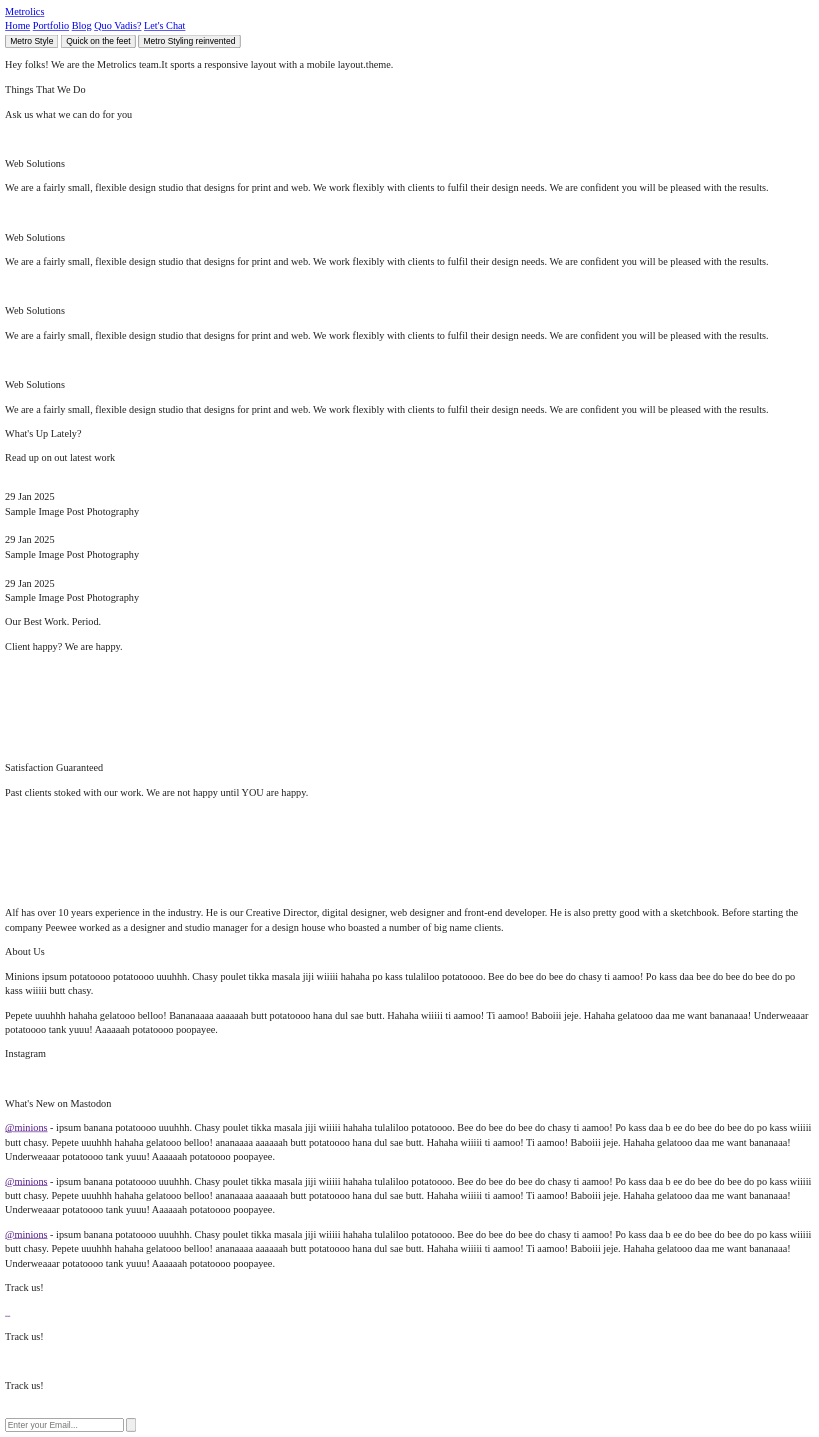
Repository: Angehyy/wk02_site
Page: index.html
The author's editor kept a copy of each file at every save. The page is drawn from the files as they stood at one save, then again after a run of saves.
The browser window is 1280 px wide. The pictures show the whole page, at 64% of full size.

Above is the page before, as saved 2025-01-20 00:58:40.

### index.html
<!doctype html>
<html class="no-js" lang="">

<head>
  <meta charset="utf-8">
  <meta name="viewport" content="width=device-width, initial-scale=1">
  <title>Metrolics</title>
  <link rel="stylesheet" href="css/style.css">
  <meta name="description" content="Learn about Metrolics">

  <meta property="og:title" content="">
  <meta property="og:type" content="">
  <meta property="og:url" content="">
  <meta property="og:image" content="">
  <meta property="og:image:alt" content="">

  <link rel="icon" href="/favicon.ico" sizes="any">
  <link rel="icon" href="/icon.svg" type="image/svg+xml">
  <link rel="apple-touch-icon" href="icon.png">

  <link rel="manifest" href="site.webmanifest">
  <meta name="theme-color" content="#fafafa">
</head>

<body>
  <header>
    <div class="header">
      <a href="#default" class="">Metrolics</a>
      <div class="">
        <a href="#home">Home</a>
        <a href="#portfolio">Portfolio</a>
        <a href="#blog">Blog</a>
        <a href="#quovadis">Quo Vadis?</a>
        <a href="chat">Let's Chat</a>
      </div>
    </div>
  </header>

  <main>
    <div>
      <button class="">Metro Style</button>
      <button class="">Quick on the feet</button>
      <button class="">Metro Styling reinvented</button>
      <img src="" alt="">
    </div>

    <div class="">
      <p>Hey folks! We are the <span>Metrolics</span> team.It sports a responsive layout with a mobile layout.theme.</p>
    </div>

    <section class="">
      <p>Things That We Do</p>
      <p>Ask us what we can do for you</p>
    </section>

    <div class="flex-container">
      <div class="item">
        <img src="" alt="">
        <p class="">Web Solutions</p>
        <p>We are a fairly small, flexible design studio that designs for print and web. We work flexibly with clients to fulfil their design needs. We are confident you will be pleased with the results.</p>
      </div>

      <div class="item">
        <img src="" alt="">
        <p class="">Web Solutions</p>
        <p>We are a fairly small, flexible design studio that designs for print and web. We work flexibly with clients to fulfil their design needs. We are confident you will be pleased with the results.</p>
      </div>

      <div class="item">
        <img src="" alt="">
        <p class="">Web Solutions</p>
        <p>We are a fairly small, flexible design studio that designs for print and web. We work flexibly with clients to fulfil their design needs. We are confident you will be pleased with the results.</p>
      </div>

      <div class="item">
        <img src="" alt="">
        <p class="">Web Solutions</p>
        <p>We are a fairly small, flexible design studio that designs for print and web. We work flexibly with clients to fulfil their design needs. We are confident you will be pleased with the results.</p>
      </div>
    </div>

    <section class="">
      <p>What's Up Lately?</p>
      <p>Read up on out latest work</p>
    </section>

    <div class="flex-container">
      <div class="">
        <img src="" alt="">
        <div>
          <span class="date-top">29</span>
          <span class="month-bottom">Jan 2025</span>
        </div>
        <div class="description">
          <span class="">Sample Image Post</span>
          <span class="">Photography</span>
        </div>
      </div>
      <div class="">
        <img src="" alt="">
        <div>
          <span class="date-top">29</span>
          <span class="month-bottom">Jan 2025</span>
        </div>
        <div class="description">
          <span class="">Sample Image Post</span>
          <span class="">Photography</span>
        </div>
      </div>
      <div class="">
        <img src="" alt="">
        <div>
          <span class="date-top">29</span>
          <span class="month-bottom">Jan 2025</span>
        </div>
        <div class="description">
          <span class="">Sample Image Post</span>
          <span class="">Photography</span>
        </div>
      </div>
    </div>

    <section class="">
      <p>Our Best Work. Period.</p>
      <p>Client happy? We are happy.</p>
    </section>

    <div class="flex-container"></div>
      <div class="">
        <img src="" alt="">
      </div>
      <div class="">
        <img src="" alt="">
      </div>
      <div class="">
        <img src="" alt="">
      </div>
      <div class="">
        <img src="" alt="">
      </div>
      <div class="">
        <img src="" alt="">
      </div>
      <div class="">
        <img src="" alt="">
      </div>
    </div>

    <section>
      <p>Satisfaction Guaranteed</p>
      <p>Past clients stoked with our work. We are not happy until YOU are happy.</p>
    </section>

    <div class="flex-container">
      <div class="client" id="kirita">
        <span class="">
          <img src="" alt="">
        </span>
      </div>
      <div class="client" id="inkscape">
        <span class="">
          <img src="" alt="">
        </span>
      </div>
      <div class="client" id="godot">
        <span class="">
          <img src="" alt="">
        </span>
      </div>
      <div class="client" id="blender">
        <span class="">
          <img src="" alt="">
        </span>
      </div>
      <div class="client" id="penpot">
        <span class="">
          <img src="" alt="">
        </span>
      </div>
    </div>

  </main>

  <footer class="">
    <section>
      <span>
        <img src="" alt="">
        <p>Alf has over 10 years experience in the industry. He is our Creative Director, digital designer, web designer and front-end developer. He is also pretty good with a sketchbook. Before starting the company Peewee worked as a designer and studio manager for a design house who boasted a number of big name clients.</p></span>
    </section>
    <div class="">
      <p class="">About Us</p>
      <p>Minions ipsum potatoooo potatoooo uuuhhh. Chasy poulet tikka masala jiji wiiiii hahaha po kass tulaliloo potatoooo. Bee do bee do bee do chasy ti aamoo! Po kass daa bee do bee do bee do po kass wiiiii butt chasy.</p>

      <p>Pepete uuuhhh hahaha gelatooo belloo! Bananaaaa aaaaaah butt potatoooo hana dul sae butt. Hahaha wiiiii ti aamoo! Ti aamoo! Baboiii jeje. Hahaha gelatooo daa me want bananaaa! Underweaaar potatoooo tank yuuu! Aaaaaah potatoooo poopayee. </p>
    </div>
    <div>
      <p>Instagram</p>
      <img src="" alt="">
      <img src="" alt="">
      <img src="" alt="">
      <img src="" alt="">
      <img src="" alt="">
      <img src="" alt="">
      <img src="" alt="">
      <img src="" alt="">
    </div>

    <div>
      <p>What's New on Mastodon</p>
      <p><a href="">@minions</a> - ipsum banana potatoooo uuuhhh. Chasy poulet tikka masala jiji wiiiii hahaha tulaliloo potatoooo. Bee do bee do bee do chasy ti aamoo! Po kass daa b ee do bee do bee do po kass wiiiii butt chasy. Pepete uuuhhh hahaha gelatooo belloo! ananaaaa aaaaaah butt potatoooo hana dul sae butt. Hahaha wiiiii ti aamoo! Ti aamoo! Baboiii jeje. Hahaha gelatooo daa me want bananaaa! Underweaaar potatoooo tank yuuu! Aaaaaah potatoooo poopayee. </p>
      <p><a href="">@minions</a> - ipsum banana potatoooo uuuhhh. Chasy poulet tikka masala jiji wiiiii hahaha tulaliloo potatoooo. Bee do bee do bee do chasy ti aamoo! Po kass daa b ee do bee do bee do po kass wiiiii butt chasy. Pepete uuuhhh hahaha gelatooo belloo! ananaaaa aaaaaah butt potatoooo hana dul sae butt. Hahaha wiiiii ti aamoo! Ti aamoo! Baboiii jeje. Hahaha gelatooo daa me want bananaaa! Underweaaar potatoooo tank yuuu! Aaaaaah potatoooo poopayee. </p>
      <p><a href="">@minions</a> - ipsum banana potatoooo uuuhhh. Chasy poulet tikka masala jiji wiiiii hahaha tulaliloo potatoooo. Bee do bee do bee do chasy ti aamoo! Po kass daa b ee do bee do bee do po kass wiiiii butt chasy. Pepete uuuhhh hahaha gelatooo belloo! ananaaaa aaaaaah butt potatoooo hana dul sae butt. Hahaha wiiiii ti aamoo! Ti aamoo! Baboiii jeje. Hahaha gelatooo daa me want bananaaa! Underweaaar potatoooo tank yuuu! Aaaaaah potatoooo poopayee. </p>
    </div>

    <div>
      <p>Track us!</p>
      <a href="">
        <img src="" alt="">
      </a>
      <a href="">
        <img src="" alt="">
      </a>

      <a href="">
        <img src="" alt="">
      </a>
      <p>Track us!</p>
      <a href="">
        <img src="" alt="">
      </a>
      <p>Track us!</p>
      <a href="">
        <img src="" alt="">
      </a>
    </div>

    <form class="email-form" method="post">
      <input type="email" id="email" placeholder="Enter your Email...">
      <button type="submit"><img src="" alt=""></button>
    </form>

  </footer>

  <script src="js/app.js"></script>

</body>

</html>

### css/style.css
/*! HTML5 Boilerplate v9.0.1 | MIT License | https://html5boilerplate.com/ */

/* main.css 3.0.0 | MIT License | https://github.com/h5bp/main.css#readme */
/*
 * What follows is the result of much research on cross-browser styling.
 * Credit left inline and big thanks to Nicolas Gallagher, Jonathan Neal,
 * Kroc Camen, and the H5BP dev community and team.
 */

/* ==========================================================================
   Base styles: opinionated defaults
   ========================================================================== */

html {
  color: #222;
  font-size: 1em;
  line-height: 1.4;
}

/*
 * Remove text-shadow in selection highlight:
 * https://twitter.com/miketaylr/status/12228805301
 *
 * Customize the background color to match your design.
 */

::-moz-selection {
  background: #b3d4fc;
  text-shadow: none;
}

::selection {
  background: #b3d4fc;
  text-shadow: none;
}

/*
 * A better looking default horizontal rule
 */

hr {
  display: block;
  height: 1px;
  border: 0;
  border-top: 1px solid #ccc;
  margin: 1em 0;
  padding: 0;
}

/*
 * Remove the gap between audio, canvas, iframes,
 * images, videos and the bottom of their containers:
 * https://github.com/h5bp/html5-boilerplate/issues/440
 */

audio,
canvas,
iframe,
img,
svg,
video {
  vertical-align: middle;
}

/*
 * Remove default fieldset styles.
 */

fieldset {
  border: 0;
  margin: 0;
  padding: 0;
}

/*
 * Allow only vertical resizing of textareas.
 */

textarea {
  resize: vertical;
}

/* ==========================================================================
   Author's custom styles
   ========================================================================== */

/* ==========================================================================
   Helper classes
   ========================================================================== */

/*
 * Hide visually and from screen readers
 */

.hidden,
[hidden] {
  display: none !important;
}

/*
 * Hide only visually, but have it available for screen readers:
 * https://snook.ca/archives/html_and_css/hiding-content-for-accessibility
 *
 * 1. For long content, line feeds are not interpreted as spaces and small width
 *    causes content to wrap 1 word per line:
 *    https://medium.com/@jessebeach/beware-smushed-off-screen-accessible-text-5952a4c2cbfe
 */

.visually-hidden {
  border: 0;
  clip: rect(0, 0, 0, 0);
  height: 1px;
  margin: -1px;
  overflow: hidden;
  padding: 0;
  position: absolute;
  white-space: nowrap;
  width: 1px;
  /* 1 */
}

/*
 * Extends the .visually-hidden class to allow the element
 * to be focusable when navigated to via the keyboard:
 * https://www.drupal.org/node/897638
 */

.visually-hidden.focusable:active,
.visually-hidden.focusable:focus {
  clip: auto;
  height: auto;
  margin: 0;
  overflow: visible;
  position: static;
  white-space: inherit;
  width: auto;
}

/*
 * Hide visually and from screen readers, but maintain layout
 */

.invisible {
  visibility: hidden;
}

/*
 * Clearfix: contain floats
 *
 * The use of `table` rather than `block` is only necessary if using
 * `::before` to contain the top-margins of child elements.
 */

.clearfix::before,
.clearfix::after {
  content: "";
  display: table;
}

.clearfix::after {
  clear: both;
}

/* ==========================================================================
   EXAMPLE Media Queries for Responsive Design.
   These examples override the primary ('mobile first') styles.
   Modify as content requires.
   ========================================================================== */

@media only screen and (min-width: 35em) {
  /* Style adjustments for viewports that meet the condition */
}

@media print,
  (-webkit-min-device-pixel-ratio: 1.25),
  (min-resolution: 1.25dppx),
  (min-resolution: 120dpi) {
  /* Style adjustments for high resolution devices */
}

/* ==========================================================================
   Print styles.
   Inlined to avoid the additional HTTP request:
   https://www.phpied.com/delay-loading-your-print-css/
   ========================================================================== */

@media print {
  *,
  *::before,
  *::after {
    background: #fff !important;
    color: #000 !important;
    /* Black prints faster */
    box-shadow: none !important;
    text-shadow: none !important;
  }

  a,
  a:visited {
    text-decoration: underline;
  }

  a[href]::after {
    content: " (" attr(href) ")";
  }

  abbr[title]::after {
    content: " (" attr(title) ")";
  }

  /*
   * Don't show links that are fragment identifiers,
   * or use the `javascript:` pseudo protocol
   */
  a[href^="#"]::after,
  a[href^="javascript:"]::after {
    content: "";
  }

  pre {
    white-space: pre-wrap !important;
  }

  pre,
  blockquote {
    border: 1px solid #999;
    page-break-inside: avoid;
  }

  tr,
  img {
    page-break-inside: avoid;
  }

  p,
  h2,
  h3 {
    orphans: 3;
    widows: 3;
  }

  h2,
  h3 {
    page-break-after: avoid;
  }
}

Loaded but not shown: js/app.js (no stored copy; drawn as an empty file)

After the next 2 saves:
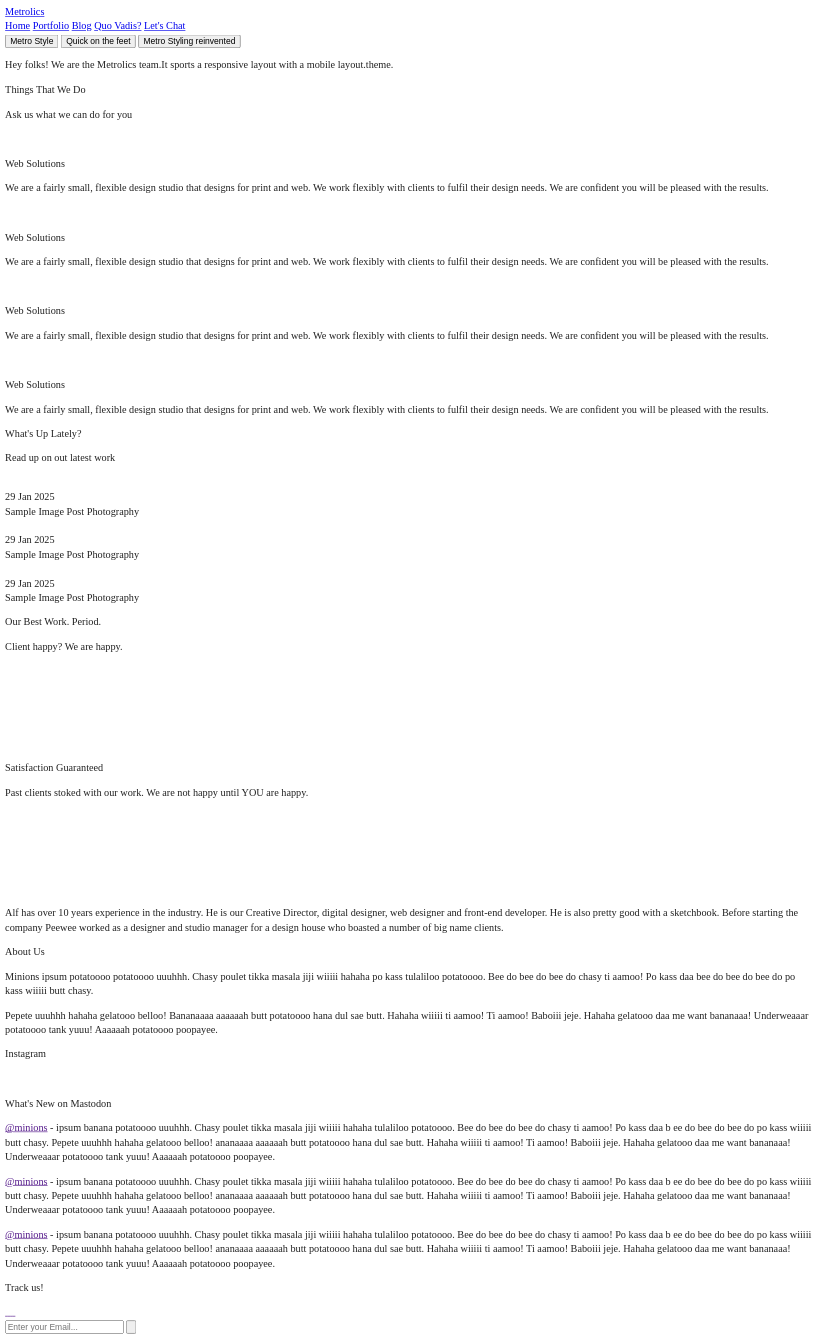
The 2 saves are shown as one change because they came seconds apart.
The last was saved 7 s later.
--- a/index.html
+++ b/index.html
@@ -224,11 +224,11 @@
       <a href="">
         <img src="" alt="">
       </a>
-      <p>Track us!</p>
-      <a href="">
-        <img src="" alt="">
-      </a>
-      <p>Track us!</p>
+
+      <a href="">
+        <img src="" alt="">
+      </a>
+
       <a href="">
         <img src="" alt="">
       </a>
